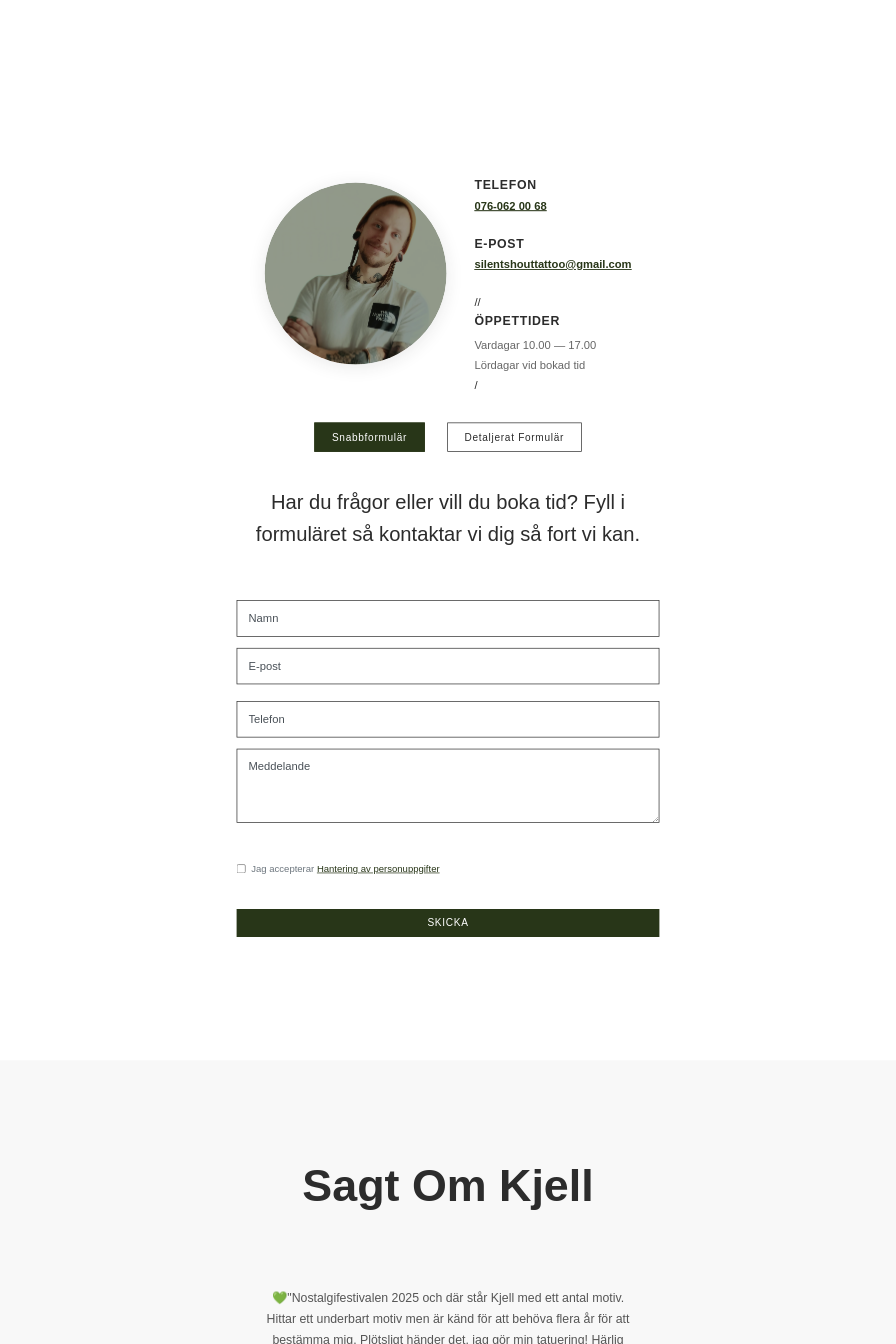
Repository: public-websites/silentshouttattoose
Page: index.html
These files come from the project's save history. The page is drawn as it stood at one moment and after a run of saves; the edit follows.
The browser window is 1280 px wide. The pictures show the part of the page from y = 3832 to 5752 px (the page is 6998 px tall before and 7057 px after), at 70% of full size.

Above is the page before, as saved 2025-08-19 08:26:17.

After the next 5 saves:
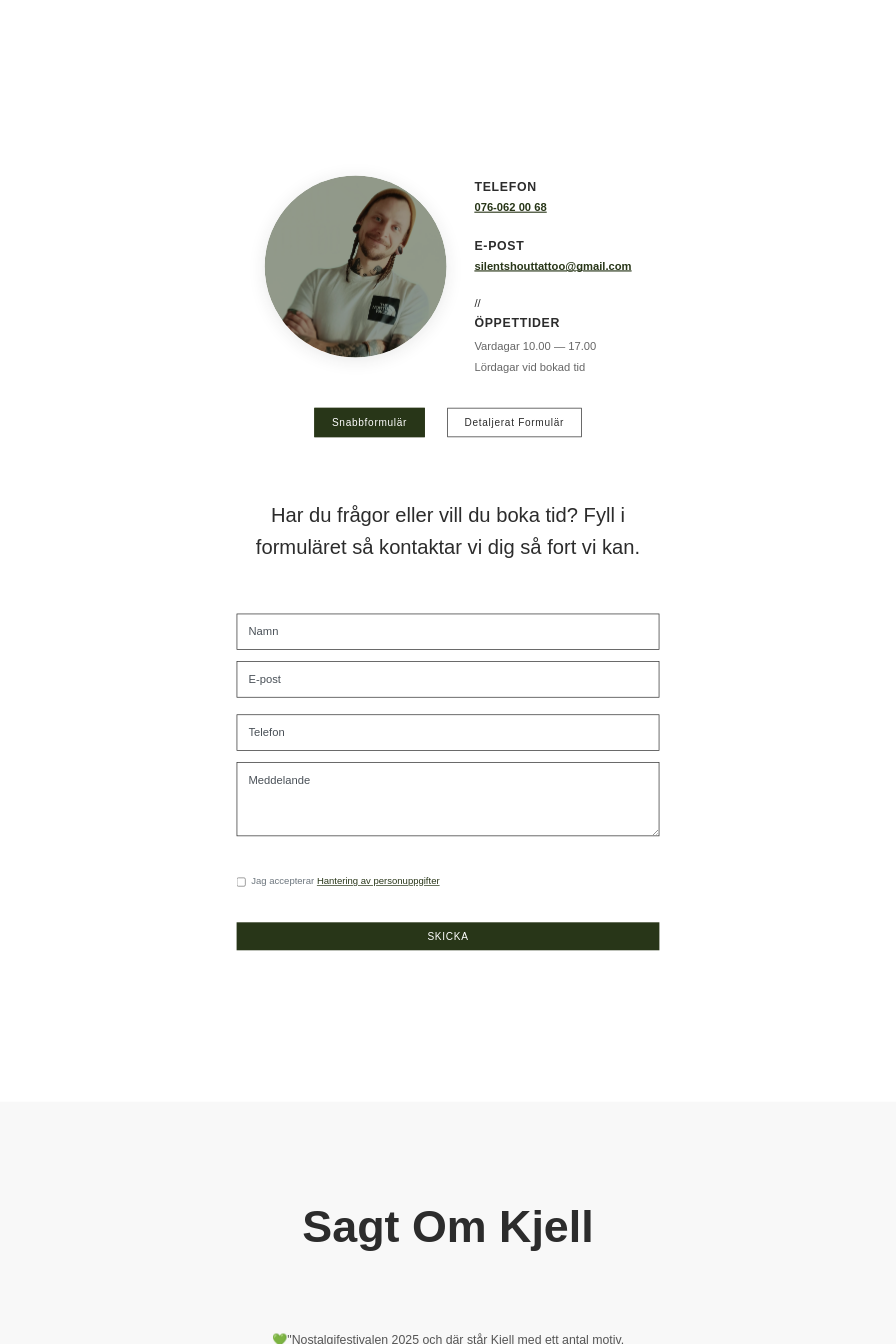
The 5 saves are shown as one change because they came seconds apart.
The last was saved 15 s later.
--- a/index.html
+++ b/index.html
@@ -146,7 +146,7 @@
                         <div class="opening-hours">
                             //<h4>Öppettider</h4>
                             <p>Vardagar 10.00 — 17.00</p>
-                            <p>Lördagar vid bokad tid</p>/
+                            <p>Lördagar vid bokad tid</p><!
                         </div>
                     </div>
                 </div>
